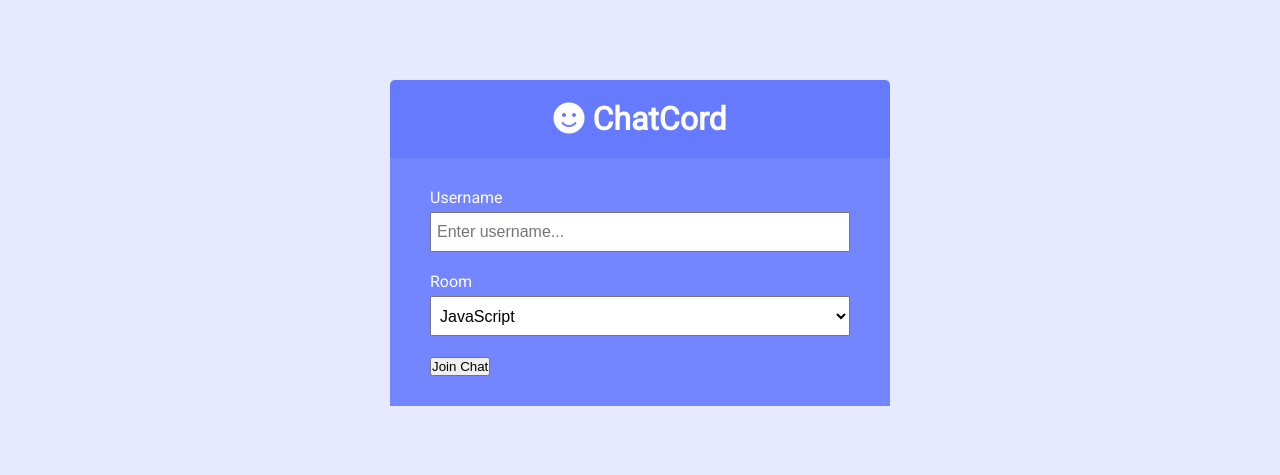
Repository: satyam12116/chat
Page: public/index.html
The author's editor kept a copy of each file at every save. The page is drawn from the files as they stood at one save, then again after the next save.
The browser window is 1280 px wide. The pictures show the whole page.
Some web libraries are served in a nearby version.

Above is the page before, as saved 2023-03-26 10:29:42.

### public/index.html
<!DOCTYPE html>
<html lang="en">
	<head>
		<meta charset="UTF-8" />
		<meta name="viewport" content="width=device-width, initial-scale=1.0" />
		<meta http-equiv="X-UA-Compatible" content="ie=edge" />
		<link
			rel="stylesheet"
			href="https://cdnjs.cloudflare.com/ajax/libs/font-awesome/5.12.1/css/all.min.css"
			integrity="sha256-mmgLkCYLUQbXn0B1SRqzHar6dCnv9oZFPEC1g1cwlkk="
			crossorigin="anonymous"
		/>
		<link rel="stylesheet" href="css/style.css" />
		<title>ChatCord App</title>
	</head>
	<body>
		<div class="join-container">
			<header class="join-header">
				<h1><i class="fas fa-smile"></i> ChatCord</h1>
			</header>
			<main class="join-main">
				<form action="chat.html">
					<div class="form-control">
						<label for="username">Username</label>
						<input
							type="text"
							name="username"
							id="username"
							placeholder="Enter username..."
							required
						/>
					</div>
					<div class="form-control">
						<label for="room">Room</label>
						<select name="room" id="room">
							<option value="JavaScript">JavaScript</option>
							<option value="Python">Python</option>
							<option value="PHP">PHP</option>
							<option value="C#">C#</option>
							<option value="Ruby">Ruby</option>
							<option value="Java">Java</option>
						</select>
					</div>
					<button type="submit"class="glow-on-hover">Join Chat</button>
				</form>
			</main>
		</div>
	</body>
</html>

### public/css/style.css
@import url('https://fonts.googleapis.com/css?family=Roboto&display=swap');

:root {
	--dark-color-a: #667aff;
	--dark-color-b: #7386ff;
	--light-color: #e6e9ff;
	--success-color: #5cb85c;
	--error-color: #d9534f;
}

* {
	box-sizing: border-box;
	margin: 0;
	padding: 0;
}

body {
	font-family: 'Roboto', sans-serif;
	font-size: 16px;
	background: var(--light-color);
	margin: 20px;
}

ul {
	list-style: none;
}

a {
	text-decoration: none;
}

.btn {
	cursor: pointer;
	padding: 5px 15px;
	background: var(--light-color);
	color: var(--dark-color-a);
	border: 0;
	font-size: 17px;
}

/* Chat Page */

.chat-container {
	max-width: 1100px;
	background: #fff;
	margin: 30px auto;
	overflow: hidden;
}

.chat-header {
	background: var(--dark-color-a);
	color: #fff;
	border-top-left-radius: 5px;
	border-top-right-radius: 5px;
	padding: 15px;
	display: flex;
	align-items: center;
	justify-content: space-between;
}

.chat-main {
	display: grid;
	grid-template-columns: 1fr 3fr;
}

.chat-sidebar {
	background: var(--dark-color-b);
	color: #fff;
	padding: 20px 20px 60px;
	overflow-y: scroll;
}

.chat-sidebar h2 {
	font-size: 20px;
	background: rgba(0, 0, 0, 0.1);
	padding: 10px;
	margin-bottom: 20px;
}

.chat-sidebar h3 {
	margin-bottom: 15px;
}

.chat-sidebar ul li {
	padding: 10px 0;
}

.chat-messages {
	padding: 30px;
	max-height: 500px;
	overflow-y: scroll;
}

.chat-messages .message {
	padding: 10px;
	margin-bottom: 15px;
	background-color: var(--light-color);
	border-radius: 5px;
	overflow-wrap: break-word;
}

.chat-messages .message .meta {
	font-size: 15px;
	font-weight: bold;
	color: var(--dark-color-b);
	opacity: 0.7;
	margin-bottom: 7px;
}

.chat-messages .message .meta span {
	color: #777;
}

.chat-form-container {
	padding: 20px 30px;
	background-color: var(--dark-color-a);
}

.chat-form-container form {
	display: flex;
}

.chat-form-container input[type='text'] {
	font-size: 16px;
	padding: 5px;
	height: 40px;
	flex: 1;
}

/* Join Page */
.join-container {
	max-width: 500px;
	margin: 80px auto;
	color: #fff;
}

.join-header {
	text-align: center;
	padding: 20px;
	background: var(--dark-color-a);
	border-top-left-radius: 5px;
	border-top-right-radius: 5px;
}

.join-main {
	padding: 30px 40px;
	background: var(--dark-color-b);
}

.join-main p {
	margin-bottom: 20px;
}

.join-main .form-control {
	margin-bottom: 20px;
}

.join-main label {
	display: block;
	margin-bottom: 5px;
}

.join-main input[type='text'] {
	font-size: 16px;
	padding: 5px;
	height: 40px;
	width: 100%;
}

.join-main select {
	font-size: 16px;
	padding: 5px;
	height: 40px;
	width: 100%;
}

.join-main .btn {
	margin-top: 20px;
	width: 100%;
}

@media (max-width: 700px) {
	.chat-main {
		display: block;
	}

	.chat-sidebar {
		display: none;
	}
}

After the next save:
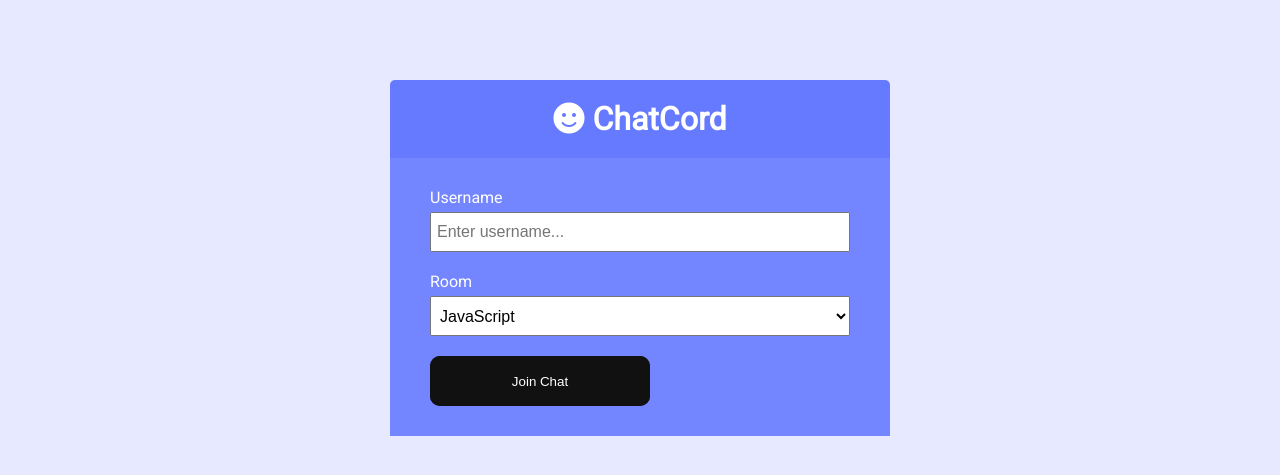
Saved 38 s later.
--- a/public/css/style.css
+++ b/public/css/style.css
@@ -188,3 +188,63 @@ a {
 		display: none;
 	}
 }
+
+.glow-on-hover {
+    width: 220px;
+    height: 50px;
+    border: none;
+    outline: none;
+    color: #fff;
+    background: #111;
+    cursor: pointer;
+    position: relative;
+    z-index: 0;
+    border-radius: 10px;
+}
+
+.glow-on-hover:before {
+    content: '';
+    background: linear-gradient(45deg, #ff0000, #ff7300, #fffb00, #48ff00, #00ffd5, #002bff, #7a00ff, #ff00c8, #ff0000);
+    position: absolute;
+    top: -2px;
+    left:-2px;
+    background-size: 400%;
+    z-index: -1;
+    filter: blur(5px);
+    width: calc(100% + 4px);
+    height: calc(100% + 4px);
+    animation: glowing 20s linear infinite;
+    opacity: 0;
+    transition: opacity .3s ease-in-out;
+    border-radius: 10px;
+}
+
+.glow-on-hover:active {
+    color: #000
+}
+
+.glow-on-hover:active:after {
+    background: transparent;
+}
+
+.glow-on-hover:hover:before {
+    opacity: 1;
+}
+
+.glow-on-hover:after {
+    z-index: -1;
+    content: '';
+    position: absolute;
+    width: 100%;
+    height: 100%;
+    background: #111;
+    left: 0;
+    top: 0;
+    border-radius: 10px;
+}
+
+@keyframes glowing {
+    0% { background-position: 0 0; }
+    50% { background-position: 400% 0; }
+    100% { background-position: 0 0; }
+}
